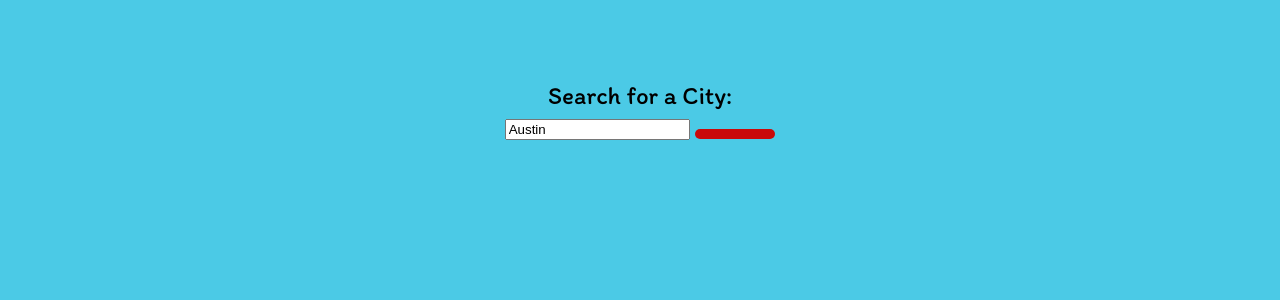
Repository: Jazinha/Hello-kitty-weather
Page: forecast.html
An editor plug-in stored every save of this project. The page is shown before and after the next save, followed by the edit.
The browser window is 1280 px wide. The pictures show the whole page.
Some web libraries are served in a nearby version.

Above is the page before, as saved 2023-02-04 17:21:56.
Not found: assets/js/script.js

After the next save:
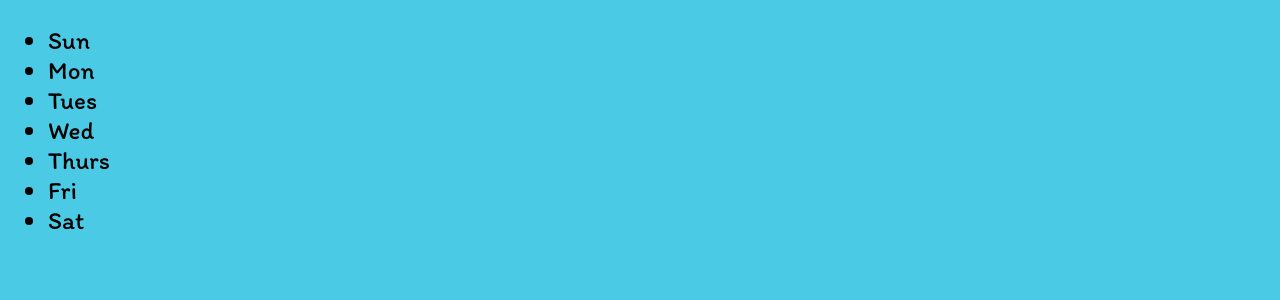
Saved 4 min 11 s later.
--- a/forecast.html
+++ b/forecast.html
@@ -9,50 +9,16 @@
 <link href="https://fonts.googleapis.com/css2?family=Itim&family=Lilita+One&display=swap" rel="stylesheet">
     </head>
     <body>
-        <div id="header" class="jumbotron jumbotron-fluid text-container">
-            <h1 id="header-text" class="display-2"></h1>
-            <div id="artist-credit"></div>
-        </div>
-
-        <!-- Main container for webpage content -->
-        <div id="content" class="container">
-            <div class="row">
-
-                <!-- Left side content with city search box and appended cities -->
-                <div id="content-left" class="col-md-3">
-                    <form>
-                        <label for="search-city">Search for a City:</label>
-                        <div class="form-row">
-                            <input id="search-city" class="form-control" name="city" value="Austin"></input>
-                            <!-- fontawesome magnifying glass -->
-                            <button id="search-button" class="btn btn-primary" type="submit"><i class="fas fa-search"></i></button>
-                        </div>
-                    </form>
-                    <div id="search-error"></div>
-                    <!-- list of prior searched cities -->
-                    <ul id="city-results" class="list-group mt-4"></ul>
-                    <!-- clear storage button -->
-                    <a id="clear-storage" href="#"></a>
-                </div>
-
-                <!-- Right side content showing current weather and five day forecast displays on search -->
-                <div id="content-right" class="col-md-9 pt-4">
-                    <!-- Current weather displayed on top -->
-                    <div id="current-weather" class="border rounded"></div>
-                    <!-- Five day forecast below the current weather -->
-                    <div id="five-day-forecast" class="mt-5"></div>
-                </div>
-            </div>
-        </div>
-
-        <!-- jQuery -->
-        <script src="https://code.jquery.com/jquery-3.4.1.min.js"></script>
-        <!-- Bootstrap -->
-        <script src="https://cdnjs.cloudflare.com/ajax/libs/popper.js/1.14.7/umd/popper.min.js" integrity="sha384-UO2eT0CpHqdSJQ6hJty5KVphtPhzWj9WO1clHTMGa3JDZwrnQq4sF86dIHNDz0W1" crossorigin="anonymous"></script>
-        <script src="https://stackpath.bootstrapcdn.com/bootstrap/4.3.1/js/bootstrap.min.js" integrity="sha384-JjSmVgyd0p3pXB1rRibZUAYoIIy6OrQ6VrjIEaFf/nJGzIxFDsf4x0xIM+B07jRM" crossorigin="anonymous"></script>
-        <!-- moment.js -->
-        <script src="https://cdnjs.cloudflare.com/ajax/libs/moment.js/2.24.0/moment.min.js"></script>
-        <!-- Custom Script -->
-        <script src="./assets/js/script.js"></script>
+        <section>
+            <ul>
+                <li> Sun</li>
+                <li> Mon </li>
+                <li> Tues </li>
+                <li> Wed</li>
+                <li> Thurs </li>
+                <li> Fri </li>
+                <li> Sat </li>
+            </ul>
+        </section>
     </body>
 </html>
